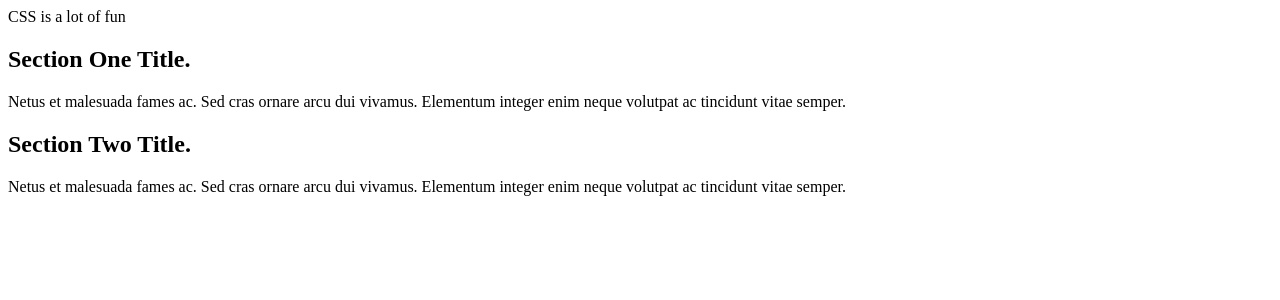
Repository: Doumham-Armah/sample-landing-page
Page: index.html
The author's editor kept a copy of each file at every save. The page is drawn from the files as they stood at one save, then again after the next save.
The browser window is 1280 px wide. The pictures show the whole page.

Above is the page before, as saved 2021-08-16 12:23:47.

After the next save:
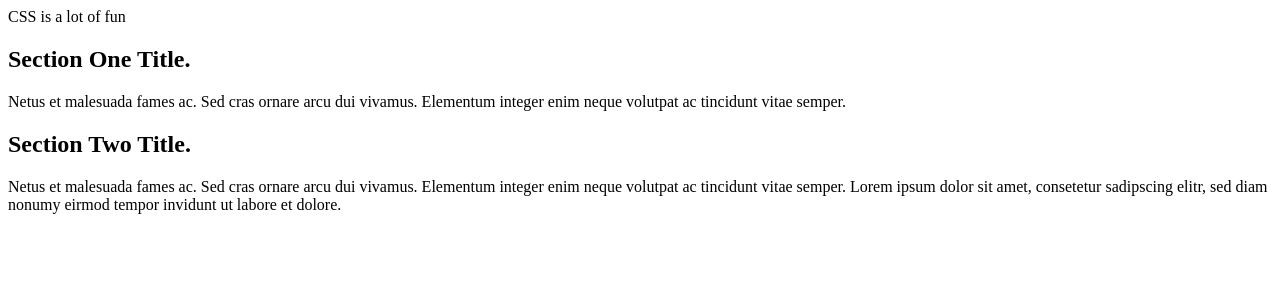
Saved 31 s later.
--- a/index.html
+++ b/index.html
@@ -18,7 +18,9 @@
     <section class="section two">
       <h2>Section Two Title.</h2>
       Netus et malesuada fames ac. Sed cras ornare arcu dui vivamus. Elementum
-      integer enim neque volutpat ac tincidunt vitae semper.
+      integer enim neque volutpat ac tincidunt vitae semper. Lorem ipsum dolor
+      sit amet, consetetur sadipscing elitr, sed diam nonumy eirmod tempor
+      invidunt ut labore et dolore.
     </section>
   </body>
 </html>
